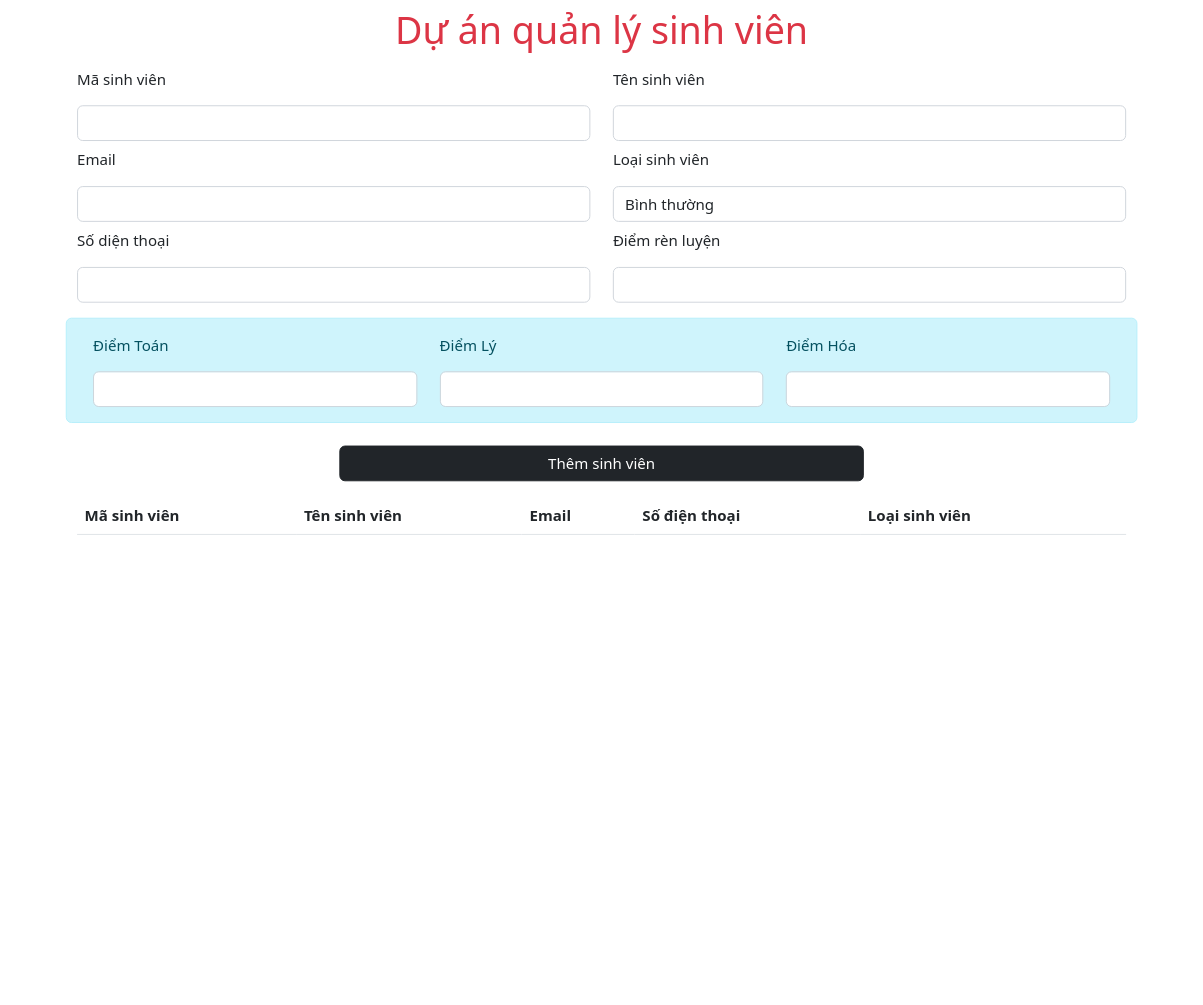
Repository: hcozyph/Cybersoft_JS_OOP
Page: index.html
These files come from the project's save history. The page is drawn as it stood at one moment and after the next save; the edit follows.
The browser window is 1280 px wide. The pictures show the whole page, at 94% of full size.

Above is the page before, as saved 2023-02-26 09:33:49.

After the next save:
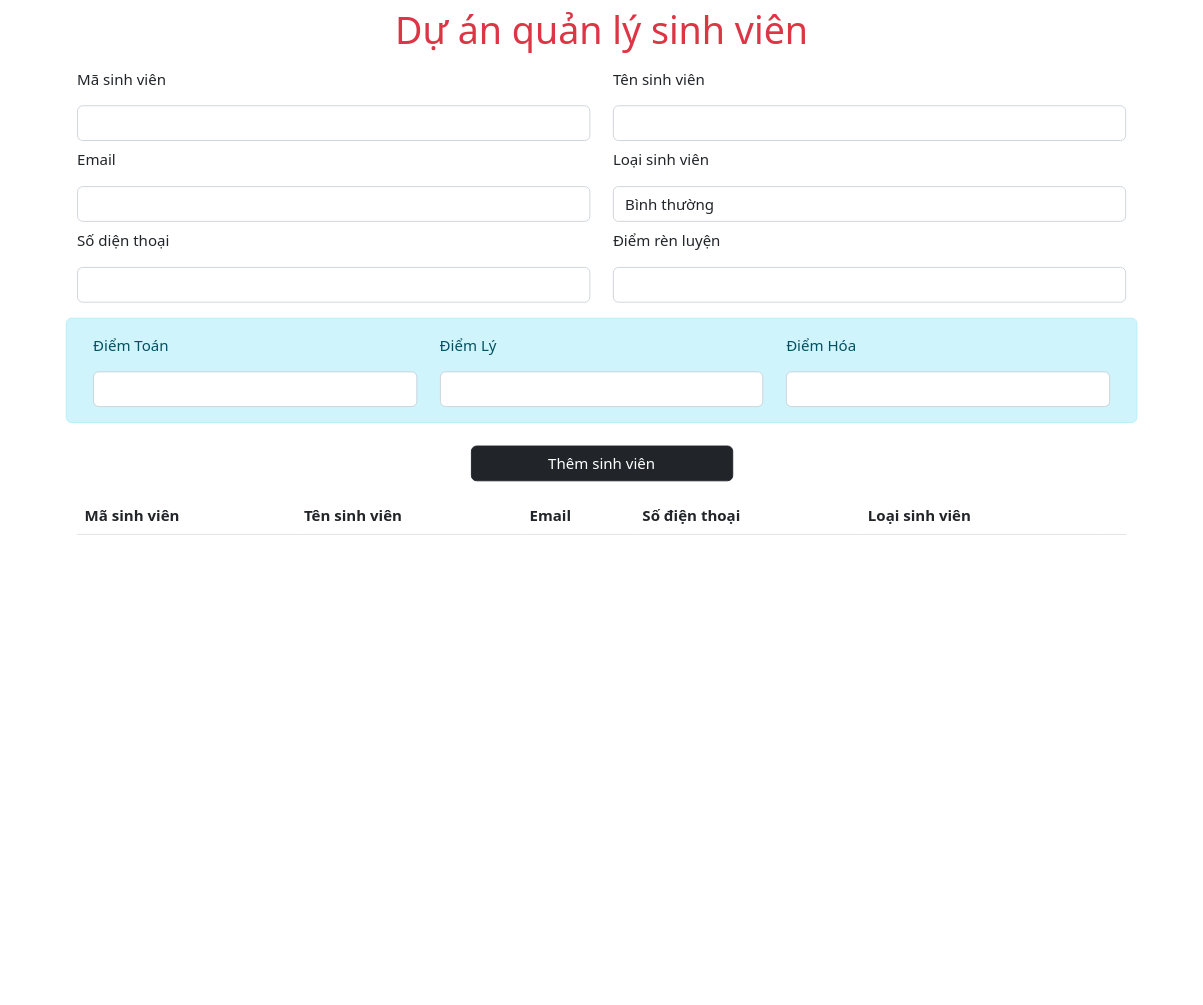
Saved 6 s later.
--- a/index.html
+++ b/index.html
@@ -85,7 +85,7 @@
                 </div>
 
                 <div class="my-2 text-center">
-                    <button class="btn btn-dark my-2 w-50" id="btnThemSinhVien">Thêm sinh viên</button>
+                    <button class="btn btn-dark my-2 w-25" id="btnThemSinhVien">Thêm sinh viên</button>
                 </div>
 
                 <table class="table mt-2">
